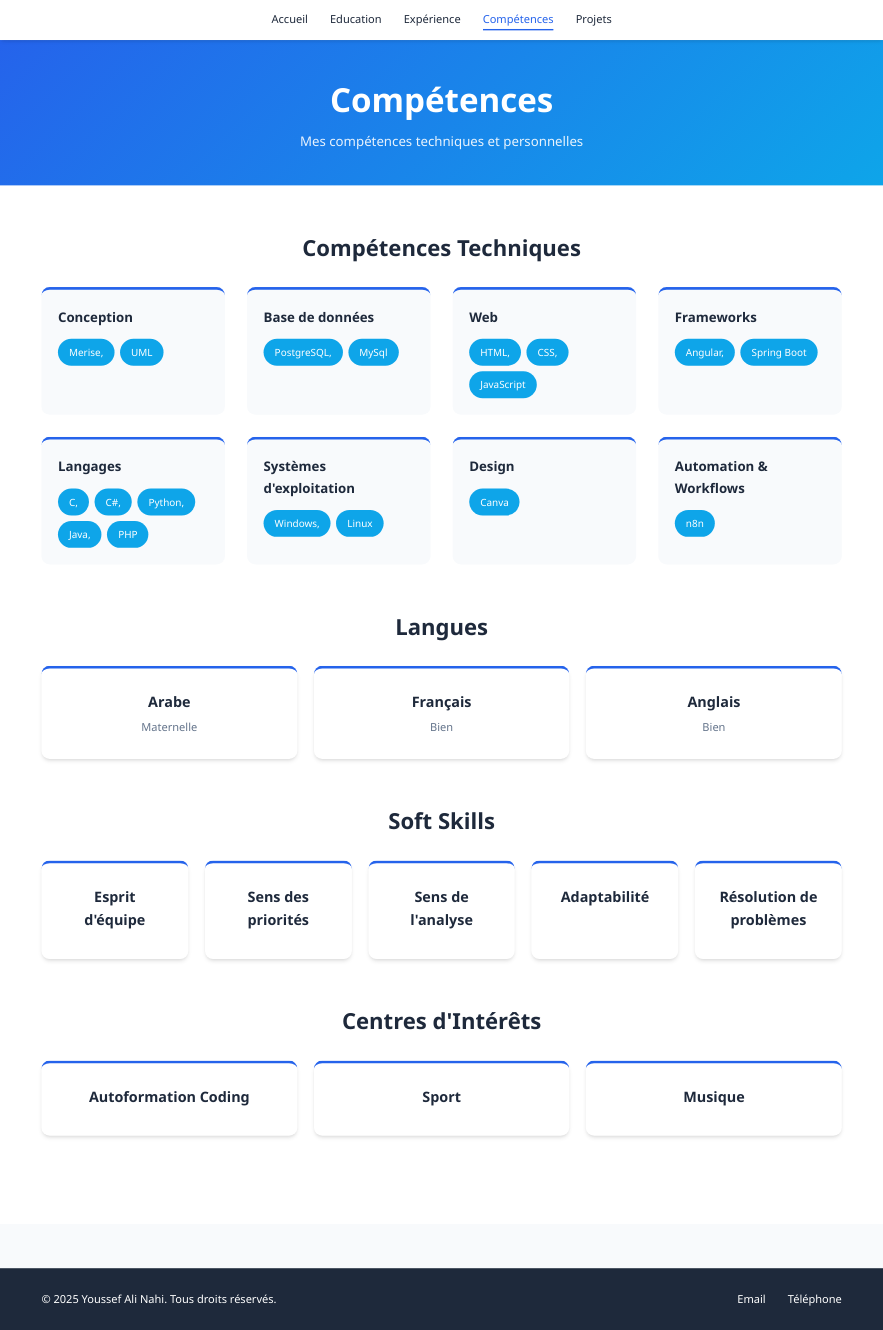
Repository: Youssef-Nahi504/My_Portfolio
Page: competences.html
An editor plug-in stored every save of this project. The page is shown before and after a run of saves, followed by the edit.
The browser window is 1280 px wide. The pictures show the whole page, at 69% of full size.

Above is the page before, as saved 2025-12-19 18:44:19.

### competences.html
<!DOCTYPE html>
<html lang="fr">
<head>
    <meta charset="UTF-8">
    <meta name="viewport" content="width=device-width, initial-scale=1.0">
    <title>Compétences - Youssef Ali Nahi</title>
    <link rel="stylesheet" href="style.css">
</head>
<body>
    <nav class="navbar">
        <div class="nav-container">
            <ul class="nav-menu">
                <li><a href="index.html">Accueil</a></li>
                <li><a href="Education.html" >Education</a></li>
                <li><a href="experience.html">Expérience</a></li>
                <li><a href="competences.html" class="active">Compétences</a></li>
                <li><a href="projets.html">Projets</a></li>
            </ul>
            <div class="hamburger">
                <span></span>
                <span></span>
                <span></span>
            </div>
        </div>
    </nav>

    <main>
        <section class="page-header">
            <div class="container">
                <h1>Compétences</h1>
                <p>Mes compétences techniques et personnelles</p>
            </div>
        </section>

        <section class="skills-section">
            <div class="container">
                <div class="skills-category">
                    <h2 class="category-title">Compétences Techniques</h2>
                    <div class="skills-grid">
                        <div class="skill-group">
                            <h3>Conception</h3>
                            <div class="skill-tags">
                                <span class="skill-tag">Merise,</span>
                                <span class="skill-tag">UML</span>
                            </div>
                        </div>
                        <div class="skill-group">
                            <h3>Base de données</h3>
                            <div class="skill-tags">
                                <span class="skill-tag">PostgreSQL,</span>
                                <span class="skill-tag">MySql</span>
                            </div>
                        </div>
                        <div class="skill-group">
                            <h3>Web</h3>
                            <div class="skill-tags">
                                <span class="skill-tag">HTML,</span>
                                <span class="skill-tag">CSS,</span>
                                <span class="skill-tag">JavaScript</span>
                            </div>
                        </div>
                        <div class="skill-group">
                            <h3>Frameworks</h3>
                            <div class="skill-tags">
                                <span class="skill-tag">Angular,</span>
                                <span class="skill-tag">Spring Boot</span>
                            </div>
                        </div>
                        <div class="skill-group">
                            <h3>Langages</h3>
                            <div class="skill-tags">
                                <span class="skill-tag">C,</span>
                                <span class="skill-tag">C#,</span>
                                <span class="skill-tag">Python,</span>
                                <span class="skill-tag">Java,</span>
                                <span class="skill-tag">PHP</span>
                            </div>
                        </div>
                        <div class="skill-group">
                            <h3>Systèmes d'exploitation</h3>
                            <div class="skill-tags">
                                <span class="skill-tag">Windows,</span>
                                <span class="skill-tag">Linux</span>
                            </div>
                        </div>
                        <div class="skill-group">
                            <h3>Design</h3>
                            <div class="skill-tags">
                                <span class="skill-tag">Canva</span>
                            </div>
                        </div>
                        <div class="skill-group">
                            <h3>Automation & Workflows</h3>
                            <div class="skill-tags">
                                <span class="skill-tag">n8n</span>
                            </div>
                        </div>
                    </div>
                </div>

                <div class="skills-category">
                    <h2 class="category-title">Langues</h2>
                    <div class="languages-grid">
                        <div class="language-card">
                            <h3>Arabe</h3>
                            <p>Maternelle</p>
                        </div>
                        <div class="language-card">
                            <h3>Français</h3>
                            <p>Bien</p>
                        </div>
                        <div class="language-card">
                            <h3>Anglais</h3>
                            <p>Bien</p>
                        </div>
                    </div>
                </div>

                <div class="skills-category">
                    <h2 class="category-title">Soft Skills</h2>
                    <div class="interests-grid">
                        <div class="interest-card">
                            <h3>Esprit d'équipe</h3>
                        </div>
                        <div class="interest-card">
                            <h3>Sens des priorités</h3>
                        </div>
                        <div class="interest-card">
                            <h3>Sens de l'analyse</h3>
                        </div>
                        <div class="interest-card">
                            <h3>Adaptabilité</h3>
                        </div>
                        <div class="interest-card">
                            <h3>Résolution de problèmes</h3>
                        </div>
                    </div>
                </div>

                <div class="skills-category">
                    <h2 class="category-title">Centres d'Intérêts</h2>
                    <div class="interests-grid">
                        <div class="interest-card">
                            <h3>Autoformation Coding</h3>
                        </div>
                        <div class="interest-card">
                            <h3>Sport</h3>
                        </div>
                        <div class="interest-card">
                            <h3>Musique</h3>
                        </div>
                    </div>
                </div>
            </div>
        </section>
    </main>

    <footer>
        <div class="container">
            <p>&copy; 2025 Youssef Ali Nahi. Tous droits réservés.</p>
            <div class="footer-links">
                <a href="mailto:nahiyoussef02@gmail.com">Email</a>
                <a href="tel:+212619303473">Téléphone</a>
            </div>
        </div>
    </footer>

    <script src="file.js"></script>
</body>
</html>

### style.css
* {
    margin: 0;
    padding: 0;
    box-sizing: border-box;
}

:root {
    --primary-color: #2563eb;
    --primary-dark: #1e40af;
    --secondary-color: #64748b;
    --accent-color: #0ea5e9;
    --text-dark: #1e293b;
    --text-light: #64748b;
    --bg-light: #f8fafc;
    --bg-white: #ffffff;
    --border-color: #e2e8f0;
    --shadow: 0 4px 6px -1px rgba(0, 0, 0, 0.1), 0 2px 4px -1px rgba(0, 0, 0, 0.06);
    --shadow-lg: 0 10px 15px -3px rgba(0, 0, 0, 0.1), 0 4px 6px -2px rgba(0, 0, 0, 0.05);
}

body {
    font-family: 'Segoe UI', Tahoma, Geneva, Verdana, sans-serif;
    line-height: 1.6;
    color: var(--text-dark);
    background-color: var(--bg-light);
}

.container {
    max-width: 1200px;
    margin: 0 auto;
    padding: 0 20px;
}

/* Navigation */
.navbar {
    background: var(--bg-white);
    box-shadow: var(--shadow);
    position: sticky;
    top: 0;
    z-index: 1000;
    padding: 1rem 0;
}

.nav-container {
    max-width: 1200px;
    margin: 0 auto;
    padding: 0 20px;
    display: flex;
  justify-content: center; /* horizontal */
  align-items: center;
}

.logo {
    font-size: 1.5rem;
    font-weight: bold;
    color: var(--primary-color);
    letter-spacing: 2px;
}

.nav-menu {
    display: flex;
    list-style: none;
    gap: 2rem;
}

.nav-menu a {
    text-decoration: none;
    color: var(--text-dark);
    font-weight: 500;
    transition: color 0.3s ease;
    position: relative;
}

.nav-menu a:hover,
.nav-menu a.active {
    color: var(--primary-color);
}

.nav-menu a.active::after {
    content: '';
    position: absolute;
    bottom: -5px;
    left: 0;
    width: 100%;
    height: 2px;
    background: var(--primary-color);
}

.hamburger {
    display: none;
    flex-direction: column;
    cursor: pointer;
    gap: 4px;
}

.hamburger span {
    width: 25px;
    height: 3px;
    background: var(--text-dark);
    transition: all 0.3s ease;
}

/* Hero Section */
.hero {
    background: linear-gradient(135deg, var(--primary-color) 0%, var(--accent-color) 100%);
    color: white;
    padding: 4rem 0;
    min-height: 80vh;
    display: flex;
    align-items: center;
}

.hero-content {
    max-width: 1200px;
    margin: 0 auto;
    padding: 0 20px;
    display: grid;
    grid-template-columns: 1fr 1fr;
    gap: 3rem;
    align-items: center;
}

.hero-text h1 {
    font-size: 3rem;
    margin-bottom: 0.5rem;
    font-weight: 700;
}

.hero-text h2 {
    font-size: 1.5rem;
    margin-bottom: 1.5rem;
    opacity: 0.9;
    font-weight: 400;
}

.hero-subtitle {
    font-size: 1.1rem;
    margin-bottom: 2rem;
    opacity: 0.95;
    line-height: 1.8;
}

.hero-buttons {
    display: flex;
    gap: 1rem;
    flex-wrap: wrap;
}

.btn {
    padding: 0.75rem 2rem;
    border-radius: 8px;
    text-decoration: none;
    font-weight: 600;
    transition: all 0.3s ease;
    display: inline-block;
}

.btn-primary {
    background: white;
    color: var(--primary-color);
}

.btn-primary:hover {
    transform: translateY(-2px);
    box-shadow: var(--shadow-lg);
}

.btn-secondary {
    background: transparent;
    color: white;
    border: 2px solid white;
}

.btn-secondary:hover {
    background: white;
    color: var(--primary-color);
}

.profile-card {
    background: rgba(255, 255, 255, 0.1);
    backdrop-filter: blur(10px);
    border-radius: 16px;
    padding: 2rem;
    border: 1px solid rgba(255, 255, 255, 0.2);
}

.profile-info p {
    margin-bottom: 1rem;
    font-size: 1rem;
}

.profile-info strong {
    display: inline-block;
    width: 140px;
}

/* About Section */
.about {
    padding: 4rem 0;
    background: var(--bg-white);
}

.section-title {
    font-size: 2.5rem;
    margin-bottom: 2rem;
    text-align: center;
    color: var(--text-dark);
}

.about-content {
    max-width: 800px;
    margin: 0 auto 3rem;
    text-align: center;
}

.about-content p {
    font-size: 1.1rem;
    color: var(--text-light);
    margin-bottom: 1.5rem;
    line-height: 1.8;
}

.quick-links {
    display: grid;
    grid-template-columns: repeat(auto-fit, minmax(250px, 1fr));
    gap: 2rem;
    margin-top: 3rem;
}

.quick-link-card {
    background: var(--bg-white);
    padding: 2rem;
    border-radius: 12px;
    text-decoration: none;
    color: var(--text-dark);
    box-shadow: var(--shadow);
    transition: all 0.3s ease;
    border: 2px solid transparent;
}

.quick-link-card:hover {
    transform: translateY(-5px);
    box-shadow: var(--shadow-lg);
    border-color: var(--primary-color);
}

.quick-link-card h3 {
    color: var(--primary-color);
    margin-bottom: 0.5rem;
    font-size: 1.5rem;
}

.quick-link-card p {
    color: var(--text-light);
}

/* Page Header */
.page-header {
    background: linear-gradient(135deg, var(--primary-color) 0%, var(--accent-color) 100%);
    color: white;
    padding: 3rem 0;
    text-align: center;
}

.page-header h1 {
    font-size: 3rem;
    margin-bottom: 0.5rem;
}

.page-header p {
    font-size: 1.2rem;
    opacity: 0.9;
}

/* Experience Section */
.experience-section {
    padding: 4rem 0;
    background: var(--bg-white);
}

.timeline {
    position: relative;
    max-width: 900px;
    margin: 0 auto;
    padding: 2rem 0;
}

.timeline::before {
    content: '';
    position: absolute;
    left: 30px;
    top: 0;
    bottom: 0;
    width: 2px;
    background: var(--border-color);
}

.timeline-item {
    position: relative;
    margin-bottom: 3rem;
    padding-left: 80px;
}

.timeline-marker {
    position: absolute;
    left: 22px;
    top: 0;
    width: 16px;
    height: 16px;
    border-radius: 50%;
    background: var(--primary-color);
    border: 4px solid var(--bg-white);
    box-shadow: var(--shadow);
}

.timeline-content {
    background: var(--bg-white);
    padding: 2rem;
    border-radius: 12px;
    box-shadow: var(--shadow);
    transition: all 0.3s ease;
}

.timeline-content:hover {
    box-shadow: var(--shadow-lg);
    transform: translateX(5px);
}

.timeline-date {
    color: var(--primary-color);
    font-weight: 600;
    margin-bottom: 0.5rem;
    font-size: 0.9rem;
}

.timeline-content h3 {
    color: var(--text-dark);
    margin-bottom: 0.25rem;
    font-size: 1.5rem;
}

.timeline-content h4 {
    color: var(--text-light);
    margin-bottom: 1rem;
    font-weight: 500;
}

.timeline-content ul {
    list-style: none;
    padding-left: 0;
}

.timeline-content li {
    padding-left: 1.5rem;
    position: relative;
    margin-bottom: 0.5rem;
    color: var(--text-light);
}

.timeline-content li::before {
    content: '▸';
    position: absolute;
    left: 0;
    color: var(--primary-color);
}

/* Education Section */
.education-section {
    padding: 4rem 0;
    background: var(--bg-light);
}

.education-grid {
    display: grid;
    grid-template-columns: repeat(auto-fit, minmax(300px, 1fr));
    gap: 2rem;
    max-width: 900px;
    margin: 0 auto;
}

.education-card {
    background: var(--bg-white);
    padding: 2rem;
    border-radius: 12px;
    box-shadow: var(--shadow);
    transition: all 0.3s ease;
    border-top: 4px solid var(--primary-color);
}

.education-card:hover {
    transform: translateY(-5px);
    box-shadow: var(--shadow-lg);
}

.education-year {
    color: var(--primary-color);
    font-weight: 600;
    margin-bottom: 1rem;
    font-size: 0.9rem;
}

.education-card h3 {
    color: var(--text-dark);
    margin-bottom: 0.5rem;
    font-size: 1.3rem;
}

.education-card h4 {
    color: var(--text-light);
    margin-bottom: 1rem;
    font-weight: 500;
}

.education-institution {
    color: var(--text-light);
    font-style: italic;
}

/* Skills Section */
.skills-section {
    padding: 4rem 0;
    background: var(--bg-white);
}

.skills-category {
    margin-bottom: 4rem;
}

.category-title {
    font-size: 2rem;
    margin-bottom: 2rem;
    color: var(--text-dark);
    text-align: center;
}

.skills-grid {
    display: grid;
    grid-template-columns: repeat(auto-fit, minmax(250px, 1fr));
    gap: 2rem;
}

.skill-group {
    background: var(--bg-light);
    padding: 1.5rem;
    border-radius: 12px;
    border-top: 4px solid var(--primary-color);
}

.skill-group h3 {
    color: var(--text-dark);
    margin-bottom: 1rem;
    font-size: 1.2rem;
}

.skill-tags {
    display: flex;
    flex-wrap: wrap;
    gap: 0.5rem;
}

.skill-tag {
    background: var(--accent-color);
    color: white;
    padding: 0.5rem 1rem;
    border-radius: 20px;
    font-size: 0.9rem;
    font-weight: 500;
}

.soft-skills-grid {
    display: grid;
    grid-template-columns: repeat(auto-fit, minmax(200px, 1fr));
    gap: 1.5rem;
}

.soft-skill-card {
    background: linear-gradient(135deg, var(--primary-color) 0%, var(--accent-color) 100%);
    color: white;
    padding: 2rem;
    border-radius: 12px;
    text-align: center;
    transition: all 0.3s ease;
}

.soft-skill-card:hover {
    transform: translateY(-5px);
    box-shadow: var(--shadow-lg);
}

.soft-skill-card h3 {
    font-size: 1.2rem;
}

.languages-grid,
.interests-grid {
    display: grid;
    grid-template-columns: repeat(auto-fit, minmax(200px, 1fr));
    gap: 1.5rem;
}

.language-card,
.interest-card {
    background: var(--bg-white);
    padding: 2rem;
    border-radius: 12px;
    box-shadow: var(--shadow);
    text-align: center;
    transition: all 0.3s ease;
    border-top: 4px solid var(--primary-color);
}

.language-card:hover,
.interest-card:hover {
    transform: translateY(-5px);
    box-shadow: var(--shadow-lg);
}

.language-card h3,
.interest-card h3 {
    color: var(--text-dark);
    margin-bottom: 0.5rem;
    font-size: 1.3rem;
}

.language-card p {
    color: var(--text-light);
    font-weight: 500;
}

/* Projects Section */
.projects-section {
    padding: 4rem 0;
    background: var(--bg-white);
}

.projects-grid {
    display: grid;
    grid-template-columns: repeat(auto-fit, minmax(300px, 1fr));
    gap: 2rem;
}

.project-card {
    background: var(--bg-white);
    padding: 2rem;
    border-radius: 12px;
    box-shadow: var(--shadow);
    transition: all 0.3s ease;
    border-top: 4px solid var(--primary-color);
    position: relative;
}

.project-badge {
    position: absolute;
    top: 1rem;
    right: 1rem;
    background: linear-gradient(135deg, var(--primary-color) 0%, var(--accent-color) 100%);
    color: white;
    padding: 0.4rem 0.8rem;
    border-radius: 20px;
    font-size: 0.75rem;
    font-weight: 600;
    text-transform: uppercase;
    letter-spacing: 0.5px;
}

.project-card:hover {
    transform: translateY(-5px);
    box-shadow: var(--shadow-lg);
}

.project-icon {
    font-size: 3rem;
    margin-bottom: 1rem;
}

.project-card h3 {
    color: var(--text-dark);
    margin-bottom: 0.75rem;
    font-size: 1.4rem;
}

.project-tech {
    color: var(--primary-color);
    font-weight: 600;
    margin-bottom: 1rem;
    font-size: 0.9rem;
}

.project-description {
    color: var(--text-light);
    line-height: 1.7;
}

/* Footer */
footer {
    background: var(--text-dark);
    color: white;
    padding: 2rem 0;
    margin-top: 4rem;
}

footer .container {
    display: flex;
    justify-content: space-between;
    align-items: center;
    flex-wrap: wrap;
    gap: 1rem;
}

.footer-links {
    display: flex;
    gap: 2rem;
}

.footer-links a {
    color: white;
    text-decoration: none;
    transition: color 0.3s ease;
}

.footer-links a:hover {
    color: var(--accent-color);
}

/* Responsive Design */
@media (max-width: 768px) {
    .hamburger {
        display: flex;
    }

    .nav-menu {
        position: fixed;
        left: -100%;
        top: 70px;
        flex-direction: column;
        background: var(--bg-white);
        width: 100%;
        text-align: center;
        transition: 0.3s;
        box-shadow: var(--shadow);
        padding: 2rem 0;
        gap: 0;
    }

    .nav-menu.active {
        left: 0;
    }

    .nav-menu li {
        margin: 1rem 0;
    }

    .hero-content {
        grid-template-columns: 1fr;
        text-align: center;
    }

    .hero-text h1 {
        font-size: 2rem;
    }

    .hero-text h2 {
        font-size: 1.2rem;
    }

    .section-title {
        font-size: 2rem;
    }

    .page-header h1 {
        font-size: 2rem;
    }

    .timeline::before {
        left: 15px;
    }

    .timeline-item {
        padding-left: 50px;
    }

    .timeline-marker {
        left: 7px;
    }

    .quick-links {
        grid-template-columns: 1fr;
    }

    footer .container {
        flex-direction: column;
        text-align: center;
    }
}

@media (max-width: 480px) {
    .hero {
        padding: 2rem 0;
        min-height: auto;
    }

    .hero-text h1 {
        font-size: 1.5rem;
    }

    .btn {
        padding: 0.6rem 1.5rem;
        font-size: 0.9rem;
    }

    .projects-grid,
    .education-grid {
        grid-template-columns: 1fr;
    }
}

Loaded but not shown: file.js (99 lines, source omitted)

After the next 2 saves:
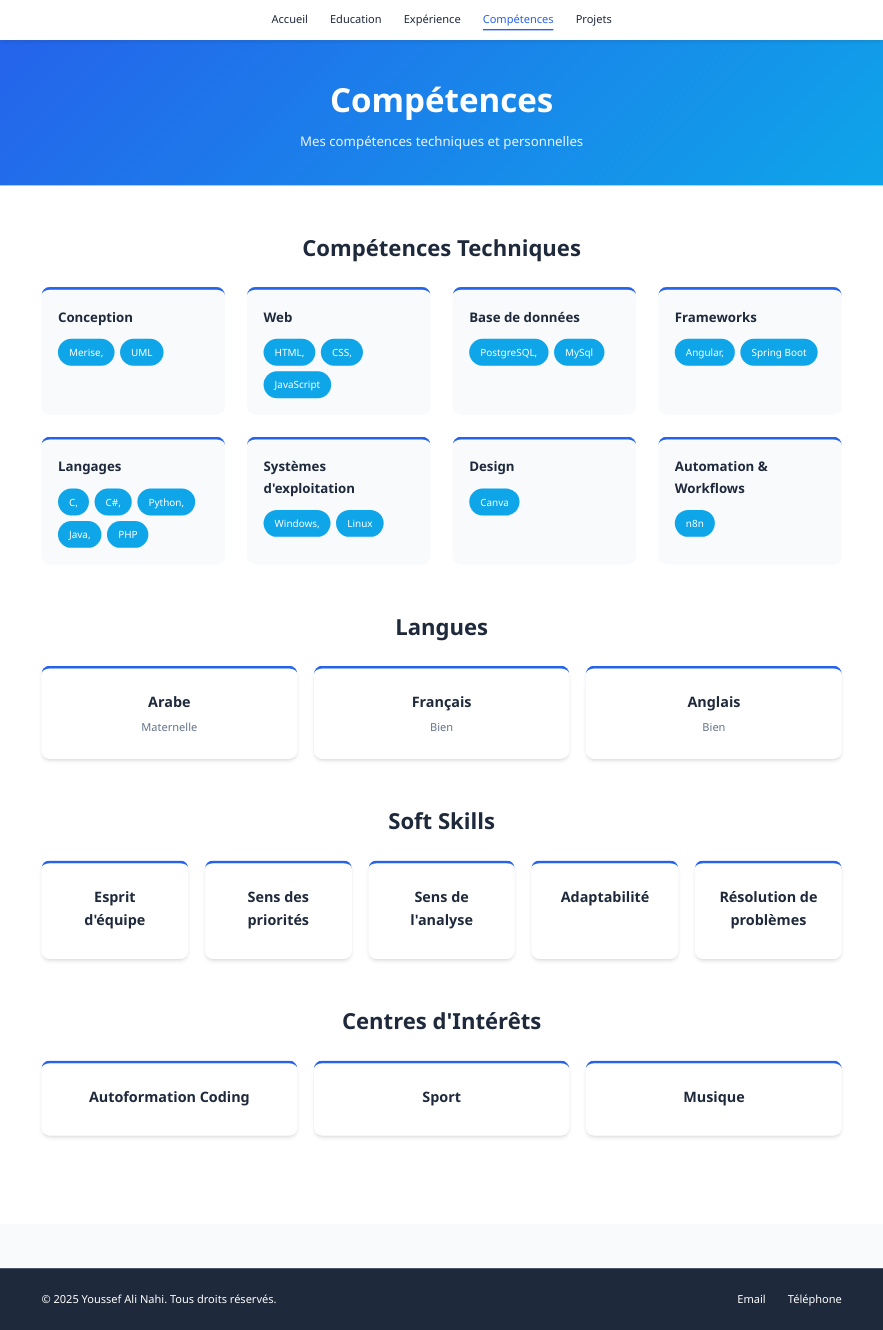
The 2 saves are shown as one change because they came seconds apart.
The last was saved 13 s later.
--- a/competences.html
+++ b/competences.html
@@ -45,13 +45,6 @@
                             </div>
                         </div>
                         <div class="skill-group">
-                            <h3>Base de données</h3>
-                            <div class="skill-tags">
-                                <span class="skill-tag">PostgreSQL,</span>
-                                <span class="skill-tag">MySql</span>
-                            </div>
-                        </div>
-                        <div class="skill-group">
                             <h3>Web</h3>
                             <div class="skill-tags">
                                 <span class="skill-tag">HTML,</span>
@@ -59,6 +52,14 @@
                                 <span class="skill-tag">JavaScript</span>
                             </div>
                         </div>
+                        <div class="skill-group">
+                            <h3>Base de données</h3>
+                            <div class="skill-tags">
+                                <span class="skill-tag">PostgreSQL,</span>
+                                <span class="skill-tag">MySql</span>
+                            </div>
+                        </div>
+
                         <div class="skill-group">
                             <h3>Frameworks</h3>
                             <div class="skill-tags">
